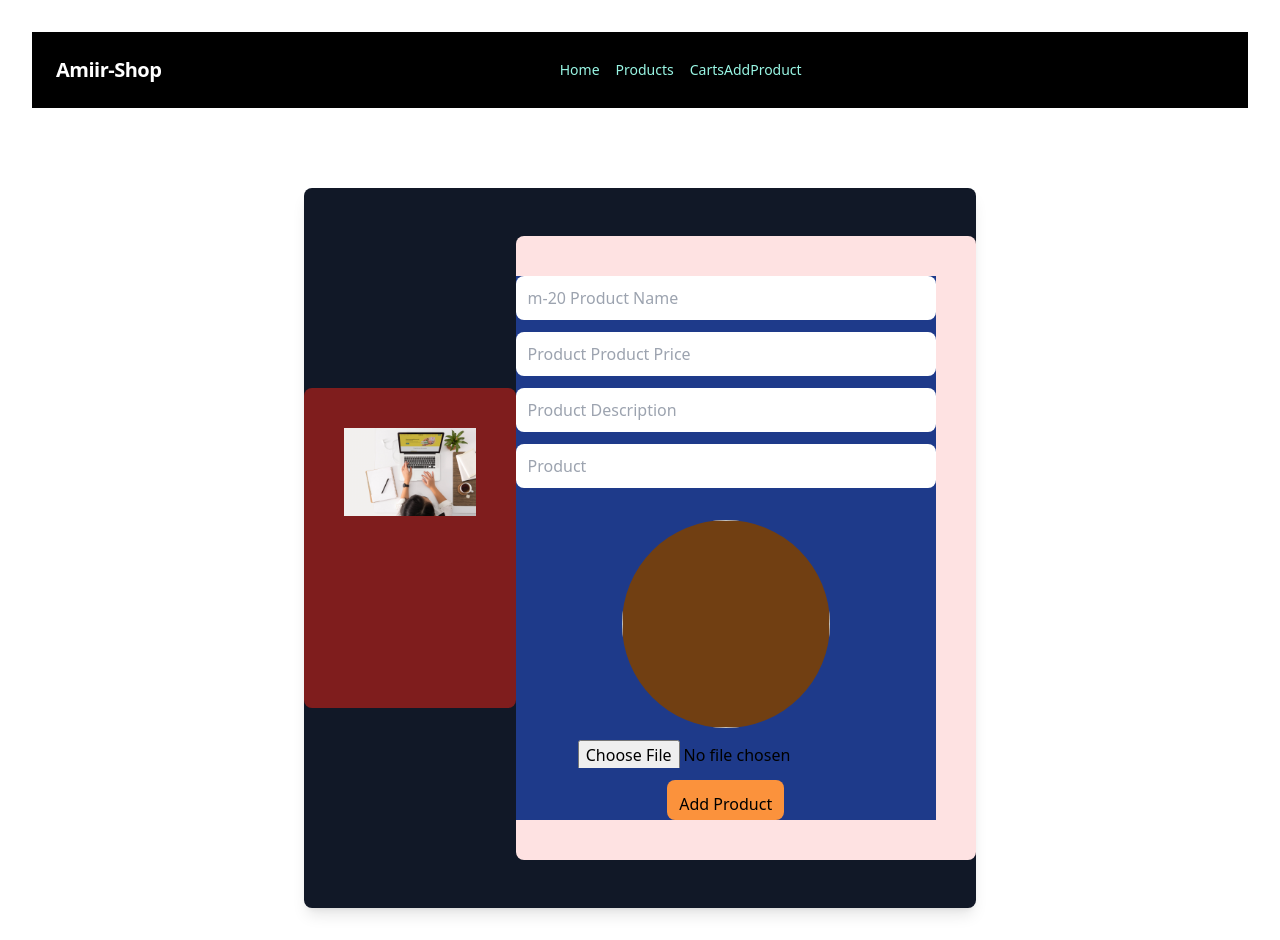
Repository: ENG-AMIIR-MUSE/ECommerce-app-using-react
Page: /addProducts
The author's editor kept a copy of each file at every save. The page is drawn from the files as they stood at one save, then again after the next save.
The browser window is 1280 px wide. The pictures show the whole page.
The page's requests for data from a server got no answer. The project was rebuilt for these pictures with package versions that can differ from the ones it lists, and the page was loaded fresh each time. No one was signed in, and anything a server would have sent is missing. Also part of the build but not shown: vite.config.js, src/Components/productList.js, src/Components/productCard.js.

Above is the page before, as saved 2023-06-24 20:32:31.

After the next save:
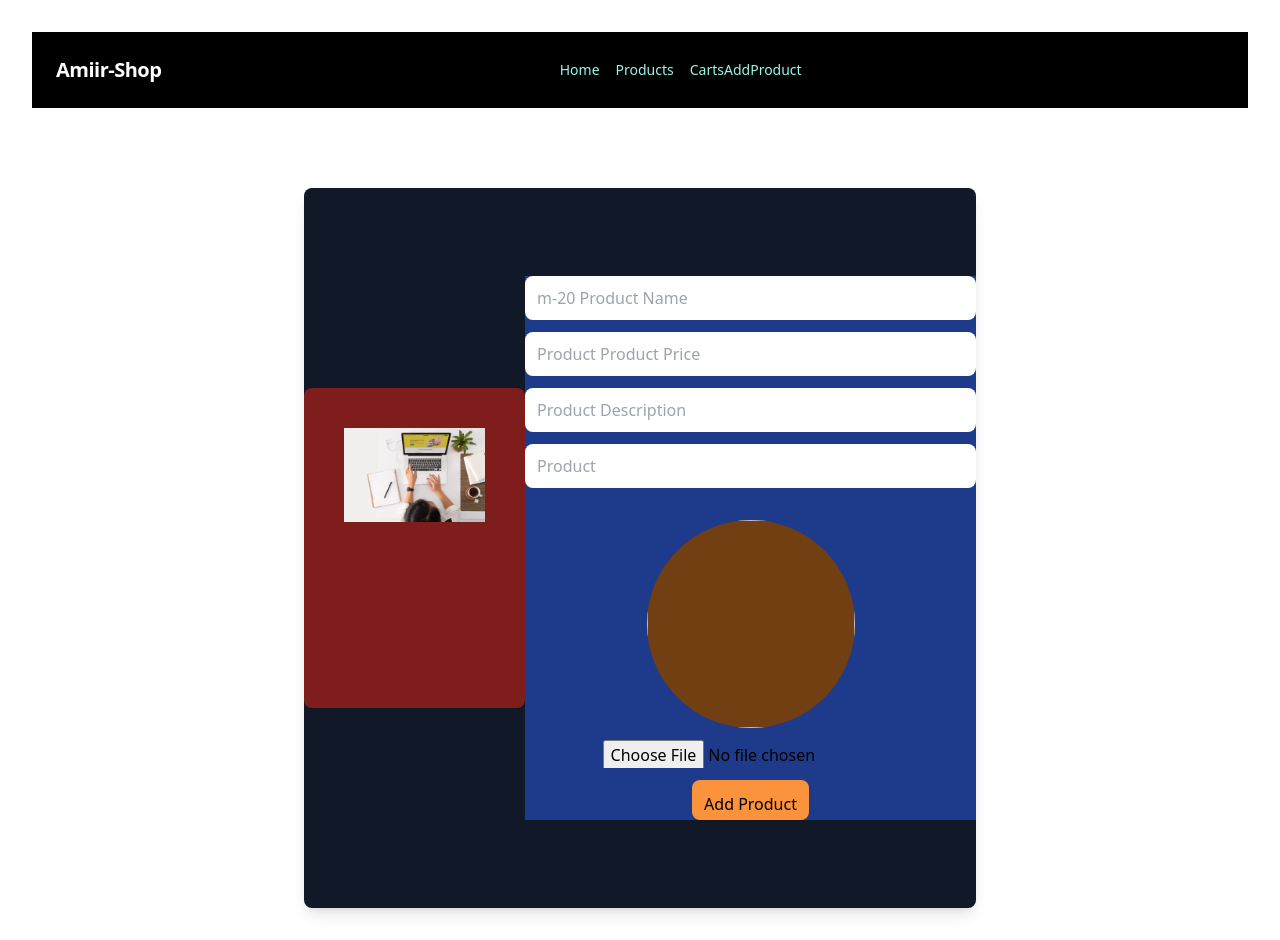
Saved 18 s later.
--- a/src/Components/AddProduct.jsx
+++ b/src/Components/AddProduct.jsx
@@ -10,7 +10,7 @@ const  AddProduct = ()=>{
           <div className="w-96 rounded-lg mx-auto  bg-red-900  m-5 h-80 p-10">
            <img src= {reactsvg}  alt="missing-product-image"/>
           </div>
-          <div className=" p-10 m-10 rounded-lg bg-red-100 mx-auto bg-green-50 mx-auto pl-0">
+          <div className="  m-10 rounded-lg bg-red-100 mx-auto bg-green-50 mx-auto pl-0">
           <form className="space-y-3 mx-auto bg-blue-900 ">
 
            <input type="text"placeholder="m-20 Product Name" className="w-full rounded-lg h-11  pl-3"/>
